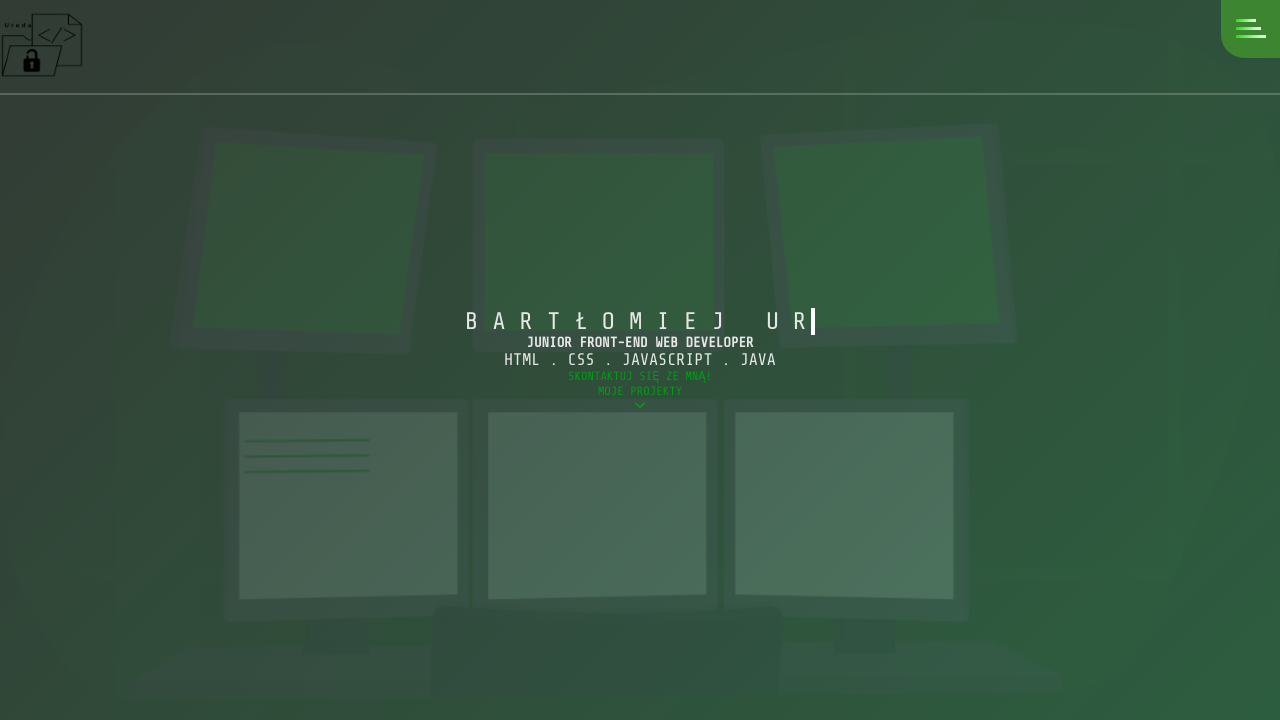
Repository: BartekUroda/portfolio
Page: index.html
The author's editor kept a copy of each file at every save. The page is drawn from the files as they stood at one save, then again after the next save.
The browser window is 1280 px wide. The pictures show the whole page.
Some web libraries are served in a nearby version.

Above is the page before, as saved 2020-10-27 00:30:59.

After the next save:
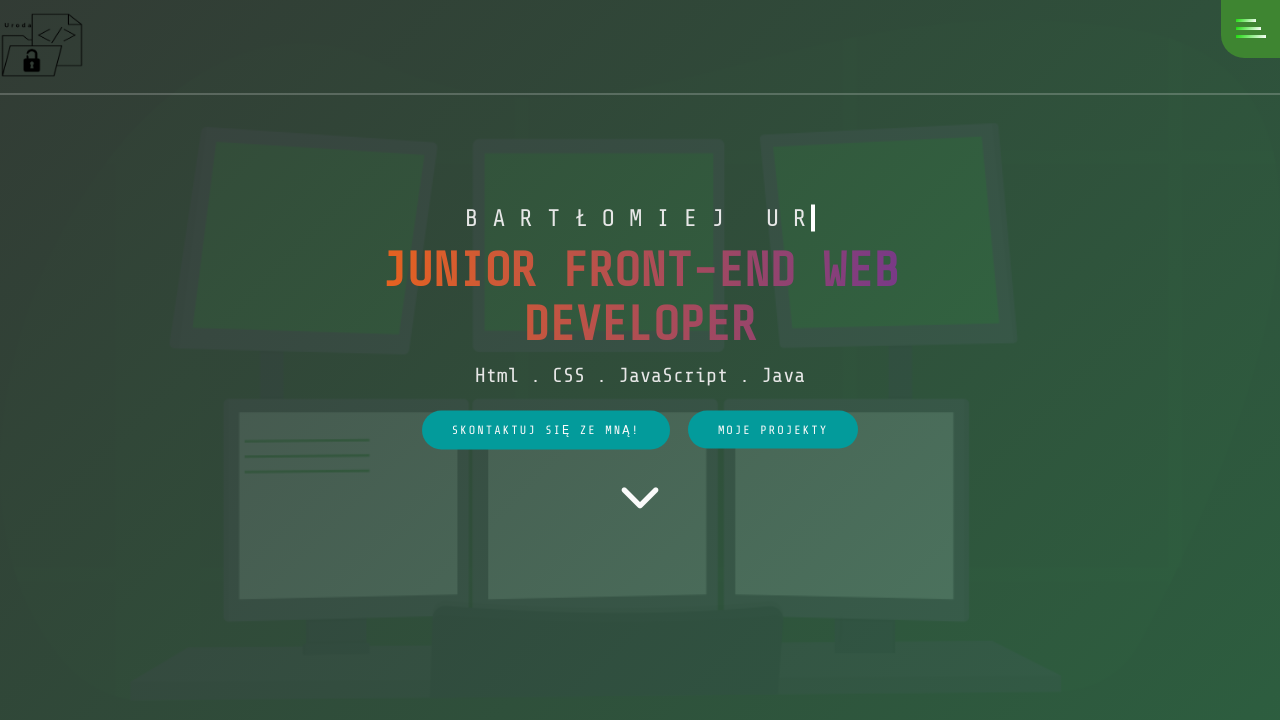
Saved 65 s later.
--- a/css/style.css
+++ b/css/style.css
@@ -200,3 +200,74 @@ nav {
     margin: auto;
     border-right: 4px solid rgba(255, 255, 255, 1);
 }
+
+@keyframes typing {
+    75% {
+      width: 0ch;
+      color: rgba(249, 105, 14, 1);
+    }
+    100% {
+      width: 27ch;
+    }
+  }
+
+  @keyframes blink {
+    0% {
+      border-right: 4px solid rgba(255, 255, 255, 0);
+    }
+    100% {
+      border-right: 4px solid rgb(194, 194, 194);
+    }
+  }
+
+  .main-message h3 {
+    font-size: 4rem;
+    margin: 1rem 0;
+    color: rgba(249, 105, 14, 1);
+    background: linear-gradient(
+      to right,
+      rgba(249, 105, 14, 1) 0%,
+      rgba(102, 51, 153, 1) 100%
+    );
+    -webkit-background-clip: text;
+    -webkit-text-fill-color: transparent;
+  }
+
+  .main-message p {
+    text-transform: none;
+    font-size: 1.7rem;
+    font-weight: 400;
+  }
+
+  .intro-btn {
+    display: flex;
+    justify-content: center;
+  }
+
+  .btn {
+    margin: 0 9px;
+    background: rgba(3, 155, 155);
+    border-radius: 2rem;
+    color: #fafafa;
+    padding: 1rem 2.5rem;
+    display: inline-block;
+    margin-top: 2rem;
+    transition: background-color 650ms;
+    font-weight: 500;
+    letter-spacing: 2px;
+  }
+.btn:hover {
+    color: #fafafa;
+    background-color: rgba(189, 72, 0);
+}
+
+.scroll-down i {
+    color: #fafafa;
+    transition: color 650ms;
+    margin-top: 2rem;
+    font-size: 3.5rem;
+}
+
+.scroll-down i:hover {
+    color: rgba(189, 72, 0);
+}
